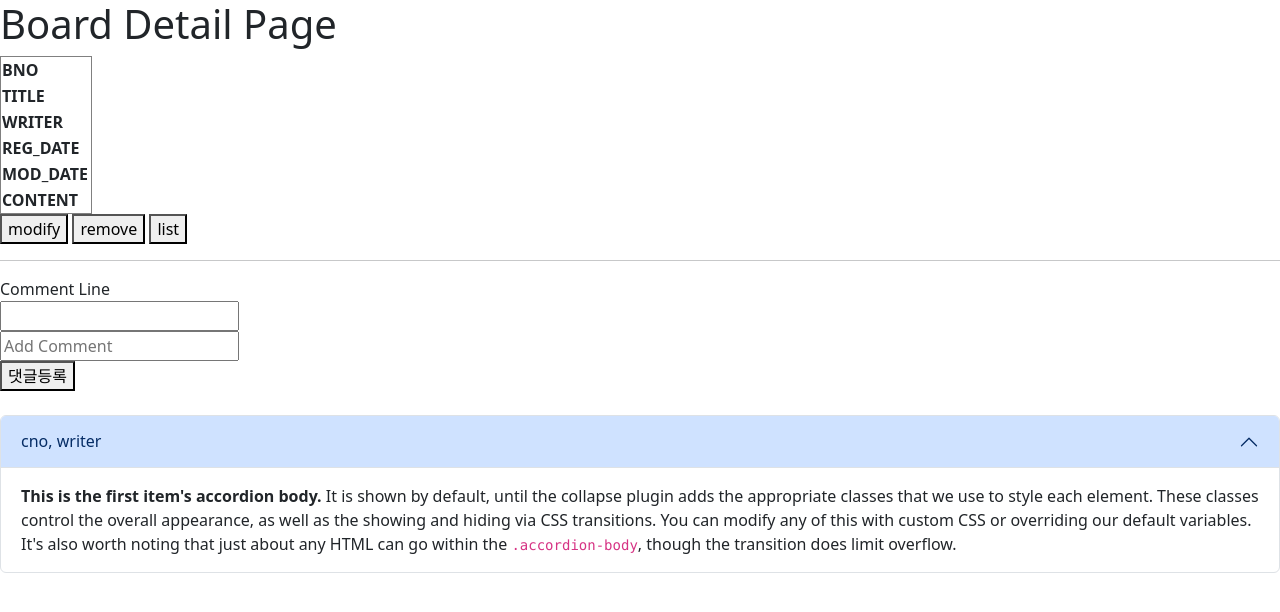
Repository: Leesunghoon1/paging
Page: http://localhost/jsp_project/board/detail.jsp
These files come from the project's save history. The page is drawn as it stood at one moment and after the next save; the edit follows.
The browser window is 1280 px wide. The pictures show the whole page.
The page is served by Tomcat 9. The template is opened directly, without the code that normally fills it, so the values that code supplies are empty.

Above is the page before, as saved 2023-09-15 08:49:10.

After the next save:
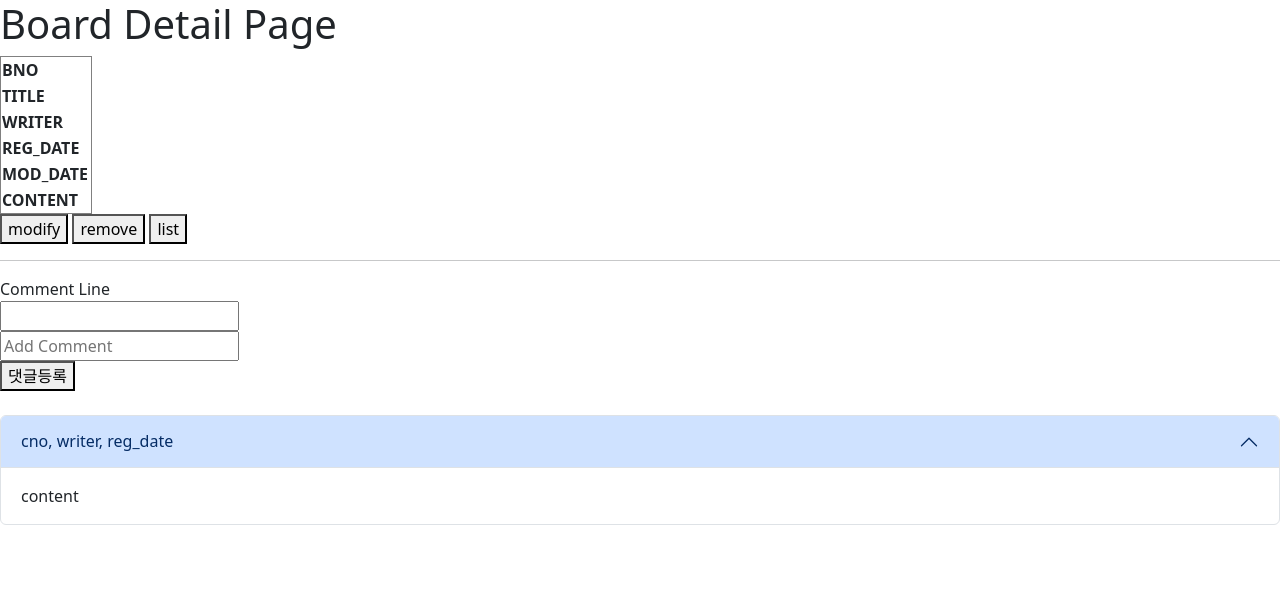
Saved 46 s later.
--- a/jsp_project/src/main/webapp/board/detail.jsp
+++ b/jsp_project/src/main/webapp/board/detail.jsp
@@ -59,12 +59,12 @@
   <div class="accordion-item">
     <h2 class="accordion-header">
       <button class="accordion-button" type="button" data-bs-toggle="collapse" data-bs-target="#collapseOne" aria-expanded="true" aria-controls="collapseOne">
-        cno, writer
+        cno, writer, reg_date
       </button>
     </h2>
     <div id="collapseOne" class="accordion-collapse collapse show" data-bs-parent="#accordionExample">
       <div class="accordion-body">
-        <strong>This is the first item's accordion body.</strong> It is shown by default, until the collapse plugin adds the appropriate classes that we use to style each element. These classes control the overall appearance, as well as the showing and hiding via CSS transitions. You can modify any of this with custom CSS or overriding our default variables. It's also worth noting that just about any HTML can go within the <code>.accordion-body</code>, though the transition does limit overflow.
+        content
       </div>
     </div>
   </div>
